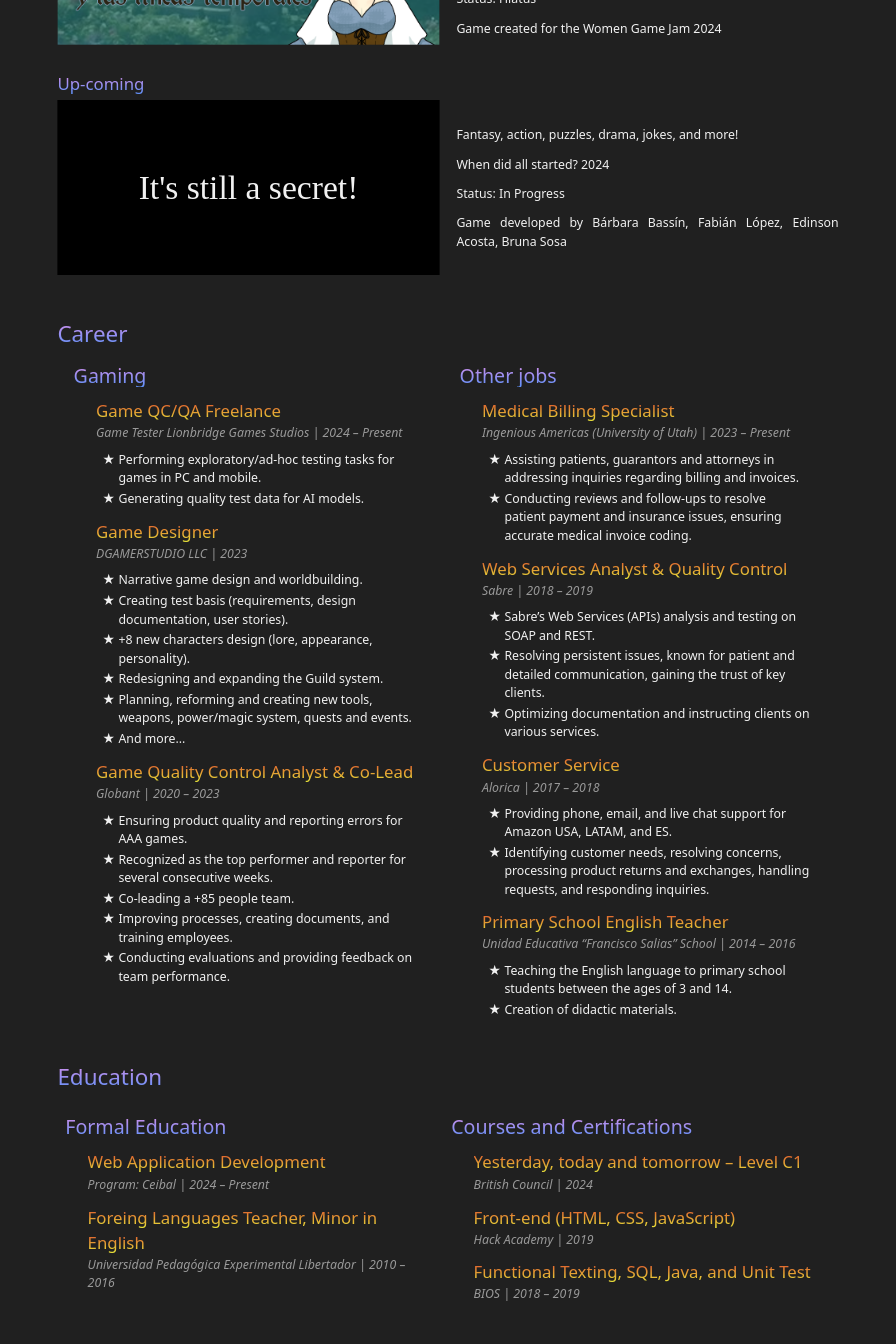
Repository: romancegirl/portfolio-example
Page: index.html
The author's editor kept a copy of each file at every save. The page is drawn from the files as they stood at one save, then again after the next save.
The browser window is 1280 px wide. The pictures show the part of the page from y = 1227 to 3147 px (the page is 3917 px tall before and 3928 px after), at 70% of full size.
Some web fonts or font styles are not loaded; a fallback is used.

Above is the page before, as saved 2024-09-10 02:28:54.

After the next save:
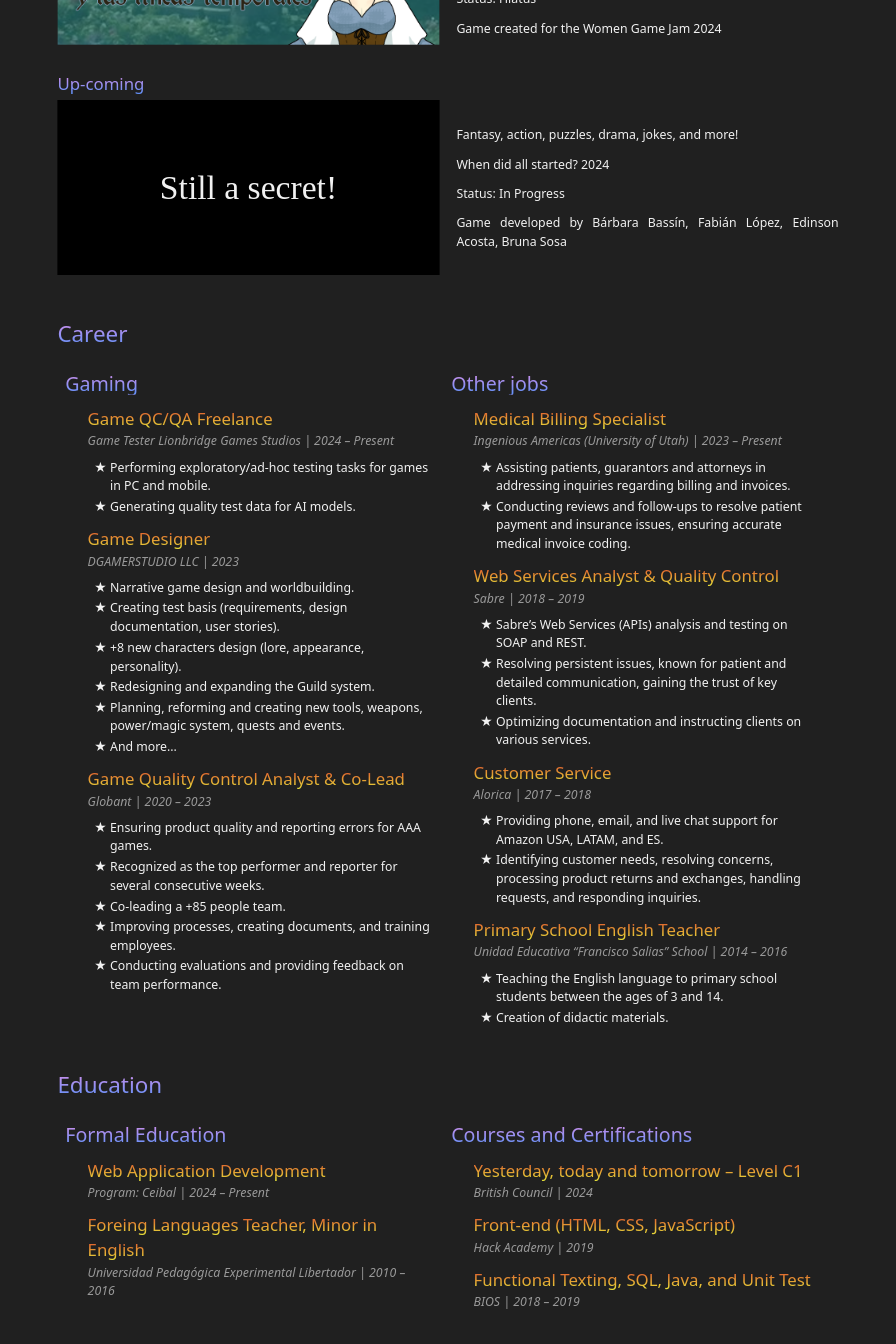
Saved 11 h 58 min later.
--- a/index.html
+++ b/index.html
@@ -8,6 +8,12 @@
     <link href="https://cdn.jsdelivr.net/npm/bootstrap@5.3.0/dist/css/bootstrap.min.css" rel="stylesheet">
     <link href="https://fonts.googleapis.com/css2?family=Eagle+Lake&display=swap" rel="stylesheet">
     <link href="https://fonts.googleapis.com/css2?family=Modern+Antiqua&display=swap" rel="stylesheet">
+    <link href="https://fonts.googleapis.com/css2?family=Lovers+Quarrel&display=swap" rel="stylesheet">
+    <link href="https://fonts.googleapis.com/css2?family=Libre+Baskerville:ital,wght@0,400;0,700;1,400&display=swap"
+        rel="stylesheet">
+    <link
+        href="https://fonts.googleapis.com/css2?family=Montserrat+Alternates:ital,wght@0,100;0,200;0,300;0,400;0,500;0,600;0,700;0,800;0,900;1,100;1,200;1,300;1,400;1,500;1,600;1,700;1,800;1,900&family=Playwrite+CU:wght@100..400&display=swap"
+        rel="stylesheet">
     <link rel="stylesheet" href="https://cdnjs.cloudflare.com/ajax/libs/font-awesome/6.0.0-beta3/css/all.min.css">
     <link rel="stylesheet" href="css/header_and_footer.css">
     <link rel="stylesheet" href="css/styles.css">
@@ -54,11 +60,13 @@
                 <h2 class="title-small">Game & Narrative Designer | <br> Game Quality Analyst</h2>
                 <h2 class="title-x-small">Game & Narrative Designer <br> Game Quality Analyst</h2>
 
-                <p>Game Designer with formal experience as an apprentice and active involvement in ongoing personal
-                    projects.</p>
-                <p>Quality Control Analyst with 5YOE in Manual Testing, specializing in Web Platforms, APIs,
-                    and cross-platform games for consoles, PC, and mobile.</p>
-                <p>Let's make our next game together!</p>
+                <div id="profile-paragraph">
+                    <p>Game Designer with formal experience as an apprentice and active involvement in ongoing personal
+                        projects.</p>
+                    <p>Quality Control Analyst with 5YOE in Manual Testing, specializing in Web Platforms, APIs,
+                        and cross-platform games for consoles, PC, and mobile.</p>
+                    <p>Let's make our next game together!</p>
+                </div>
             </div>
         </div>
 
@@ -136,7 +144,7 @@
             <div class="row">
                 <h4>Up-coming</h4>
                 <div class="col-md-6 projects-section">
-                    <div class="game-pictures project-photo" id="secret">It's still a secret!</div>
+                    <div class="game-pictures project-photo" id="secret">Still a secret!</div>
                 </div>
                 <div class="col-md-6 projects-section d-flex flex-column justify-content-center">
                     <p>Fantasy, action, puzzles, drama, jokes, and more!</p>
@@ -151,7 +159,7 @@
         <!-- Career -->
         <section id="career" class="my-5">
             <h2>Career</h2>
-            <div class="row career-section">
+            <div class="career-section">
                 <h3 class="career-title">Gaming</h3>
                 <div>
                     <ul class="career-list bullet-point">
@@ -195,7 +203,7 @@
                 </div>
             </div>
 
-            <div class="row career-section">
+            <div class="career-section">
                 <h3 class="career-title">Other jobs</h3>
                 <div>
                     <ul class="career-list bullet-point">
@@ -315,7 +323,7 @@
                 <p>Events and places:
                 <ul>
                     <li class="volunteering-list">Hospital de Niños J. M. de los Ríos</li>
-                    <li class="volunteering-list">Hospital Dr. José María Vargas de Caracas/li>
+                    <li class="volunteering-list">Hospital Dr. José María Vargas de Caracas</li>
                     <li class="volunteering-list">Instituto de Oncología Dr. Luis Razetti</li>
                     <li class="volunteering-list">Casa Hogar Luis Ordaz</li>
                     <li class="volunteering-list">Fiesta del día del niño</li>
